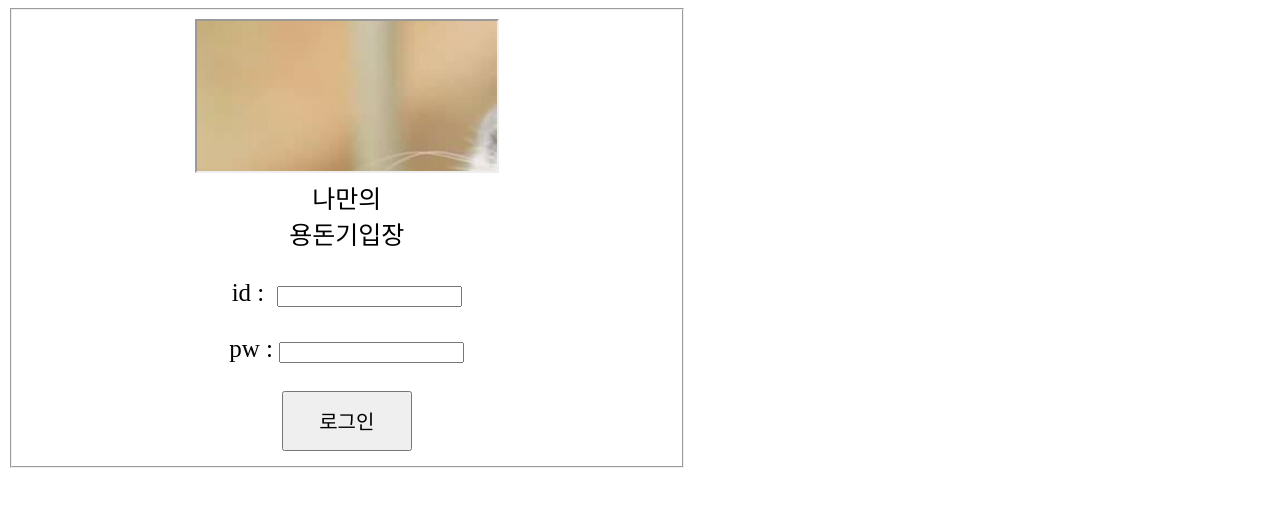
Repository: hus0124/M-IT
Page: JSP_Workspaces/pocketMoneyDiary/WebContent/index.html
These files come from the project's save history. The page is drawn as it stood at one moment and after the next save; the edit follows.
The browser window is 1280 px wide. The pictures show the whole page.

Above is the page before, as saved 2020-01-03 00:35:06.

### JSP_Workspaces/pocketMoneyDiary/WebContent/index.html
<!DOCTYPE html>
<html>
<head>
<meta charset="EUC-KR">
<title>완성</title>
<meta name="viewport" content="width=device-width, initial-scale=1">
<style>
body {font-size:25px}
@media (max-width:900px){
#title {font-size:20px }
input[type=text] {width:auto;}
input[type=submit] {width:auto;}
}
</style>
</head>
<body>
	<fieldset style="width:50%; height:auto; text-align:center">
	<form action="result.jsp" method="get">


		<iframe src="catmoney.png"></iframe>
		<br><div id="title">나만의<br>용돈기입장</div><br>
		id :&nbsp;&nbsp;<input type="text" name = "id"><br><br>
		pw : <input type="text" name = "pw"><br><br>
		<input type="submit" value = "로그인" style="width:130px;height:60px;font-size:20px;">

	</form>
	</fieldset>
</body>
</html>

After the next save:
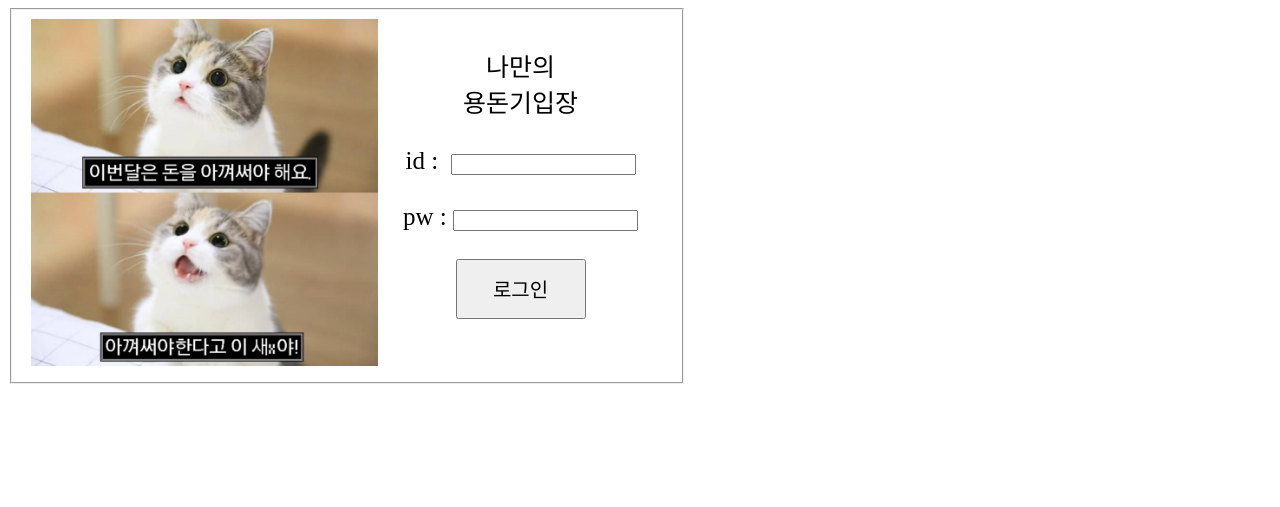
Saved 39 s later.
--- a/JSP_Workspaces/pocketMoneyDiary/WebContent/index.html
+++ b/JSP_Workspaces/pocketMoneyDiary/WebContent/index.html
@@ -17,8 +17,7 @@ input[type=submit] {width:auto;}
 	<fieldset style="width:50%; height:auto; text-align:center">
 	<form action="result.jsp" method="get">
 
-
-		<iframe src="catmoney.png"></iframe>
+		<img src="catmoney.png" style="width:55%; height:auto; float:left">
 		<br><div id="title">나만의<br>용돈기입장</div><br>
 		id :&nbsp;&nbsp;<input type="text" name = "id"><br><br>
 		pw : <input type="text" name = "pw"><br><br>
